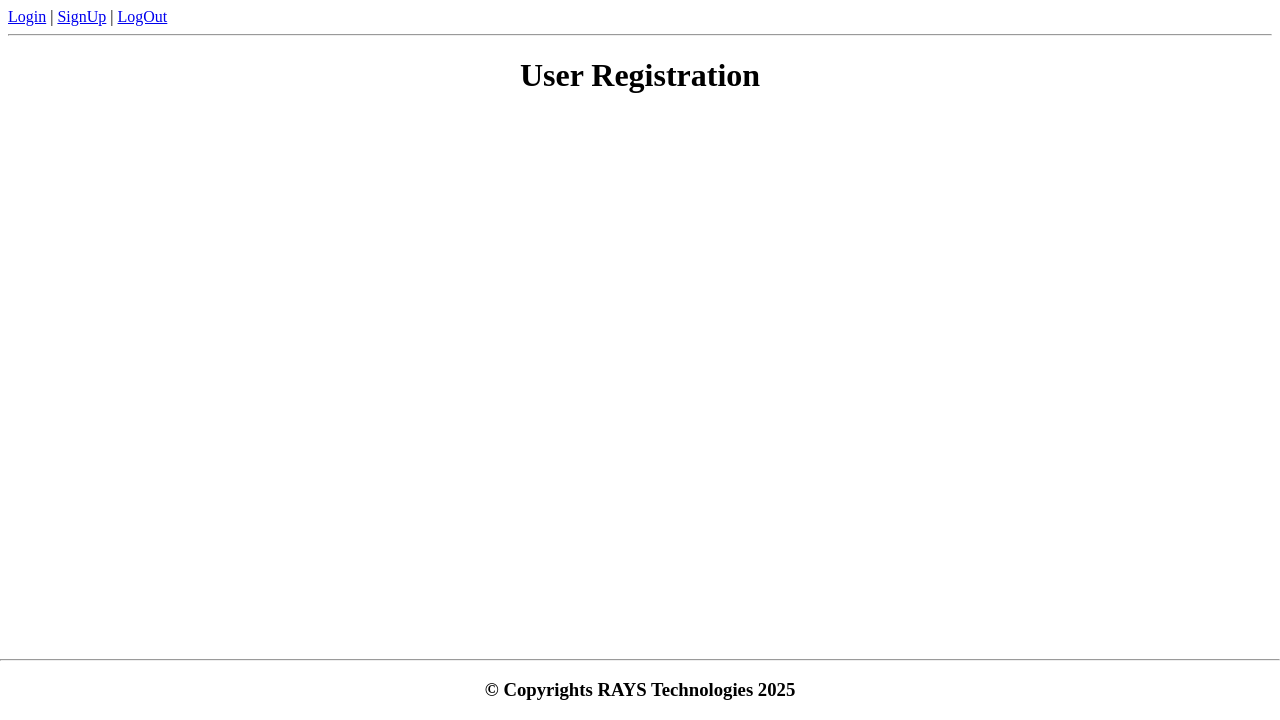
Repository: Deepak9669/JSP-Servlet
Page: http://localhost/Dynamic-Web-Project/UserRegistrationView.jsp
These files come from the project's save history. The page is drawn as it stood at one moment and after the next save; the edit follows.
The browser window is 1280 px wide. The pictures show the whole page.
The page is served by Tomcat 9.

Above is the page before, as saved 2025-10-03 12:31:00.

After the next save:
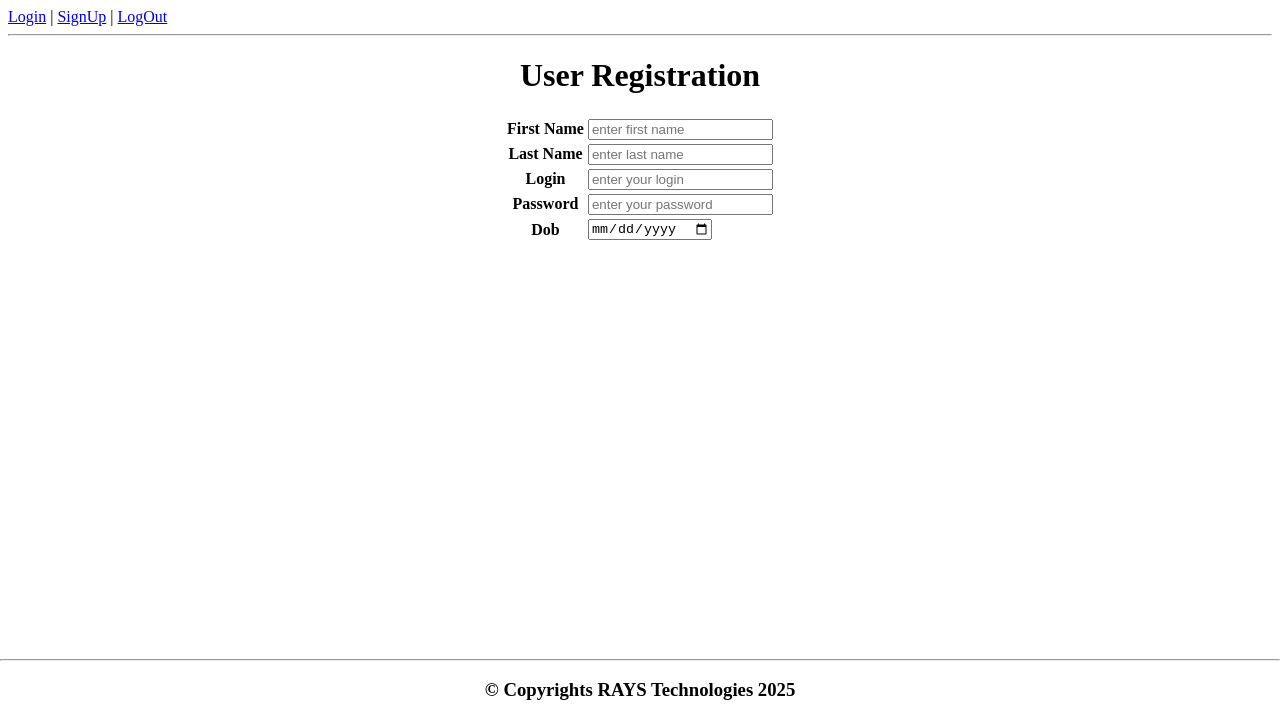
Saved 3 s later.
--- a/Dynamic-Web-Project/WebContent/UserRegistrationView.jsp
+++ b/Dynamic-Web-Project/WebContent/UserRegistrationView.jsp
@@ -1,5 +1,5 @@
 <%@ page language="java" contentType="text/html; charset=ISO-8859-1"
-    pageEncoding="ISO-8859-1"%>
+	pageEncoding="ISO-8859-1"%>
 <!DOCTYPE html>
 <html>
 <head>
@@ -7,16 +7,46 @@
 <title>Insert title here</title>
 </head>
 <body>
-<%@include file="Header.jsp" %>
+	<%@include file="Header.jsp"%>
 
- <div align="center">
+	<div align="center">
 
-  <h1>User Registration</h1>
+		<h1>User Registration</h1>
+
+		<table>
+			<tr>
+
+				<th>First Name</th>
+				<td><input type="text" name="firstName" value=""
+					placeholder="enter first name"></td>
+			</tr>
+			<tr>
+				<th>Last Name</th>
+				<td><input type="text" name="lastName" value=""
+					placeholder="enter last name"></td>
+			</tr>
+			<tr>
+				<th>Login</th>
+				<td><input type="email" name="login" value=""
+					placeholder="enter your login"></td>
+			</tr>
+			<tr>
+				<th>Password</th>
+				<td><input type="password" name="password" value=""
+					placeholder="enter your password"></td>
+			</tr>
+			<tr>
+				<th>Dob</th>
+				<td><input type="date" name="dob" value=""
+					placeholder="enter your dob"></td>
+
+			</tr>
+
+		</table>
 
 
-
-  </div>
-<%@include file="Footer.jsp"%>
+	</div>
+	<%@include file="Footer.jsp"%>
 
 </body>
 </html>
